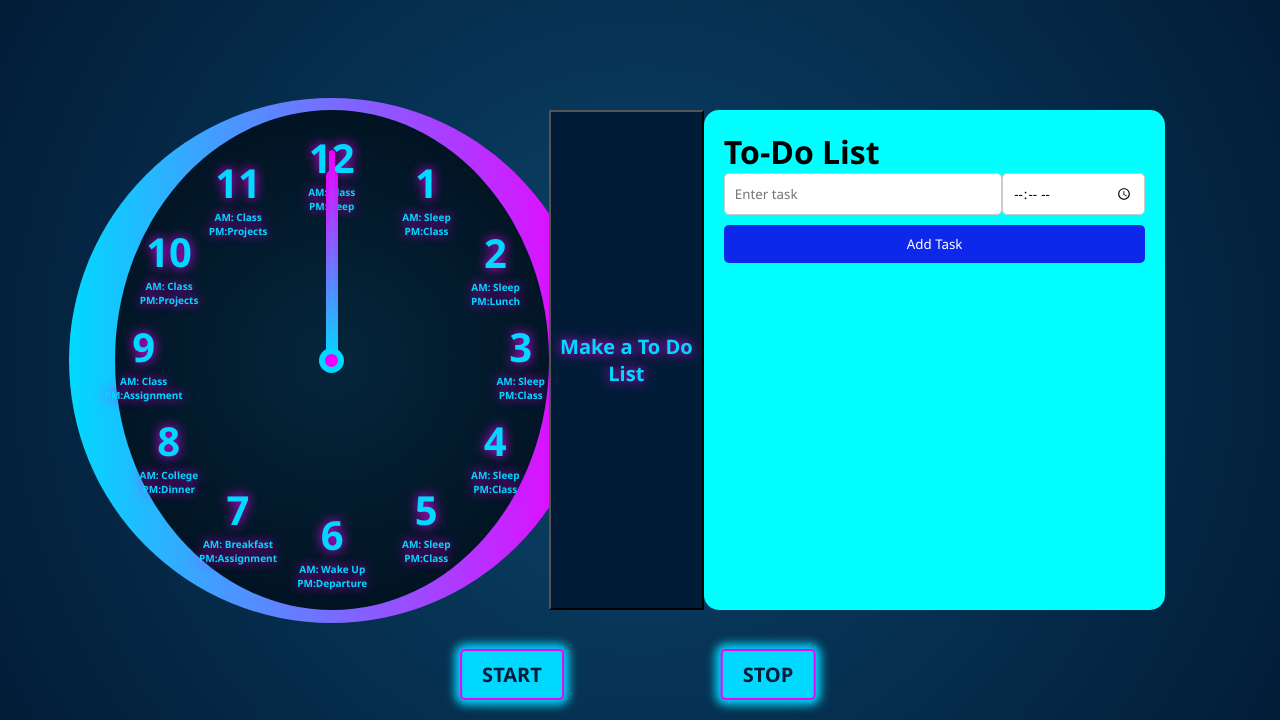
Repository: Suryansh-D/Cool-Clock
Page: index.html
These files come from the project's save history. The page is drawn as it stood at one moment and after the next save; the edit follows.
The browser window is 1280 px wide. The pictures show the whole page.

Above is the page before, as saved 2024-01-30 18:33:15.

After the next save:
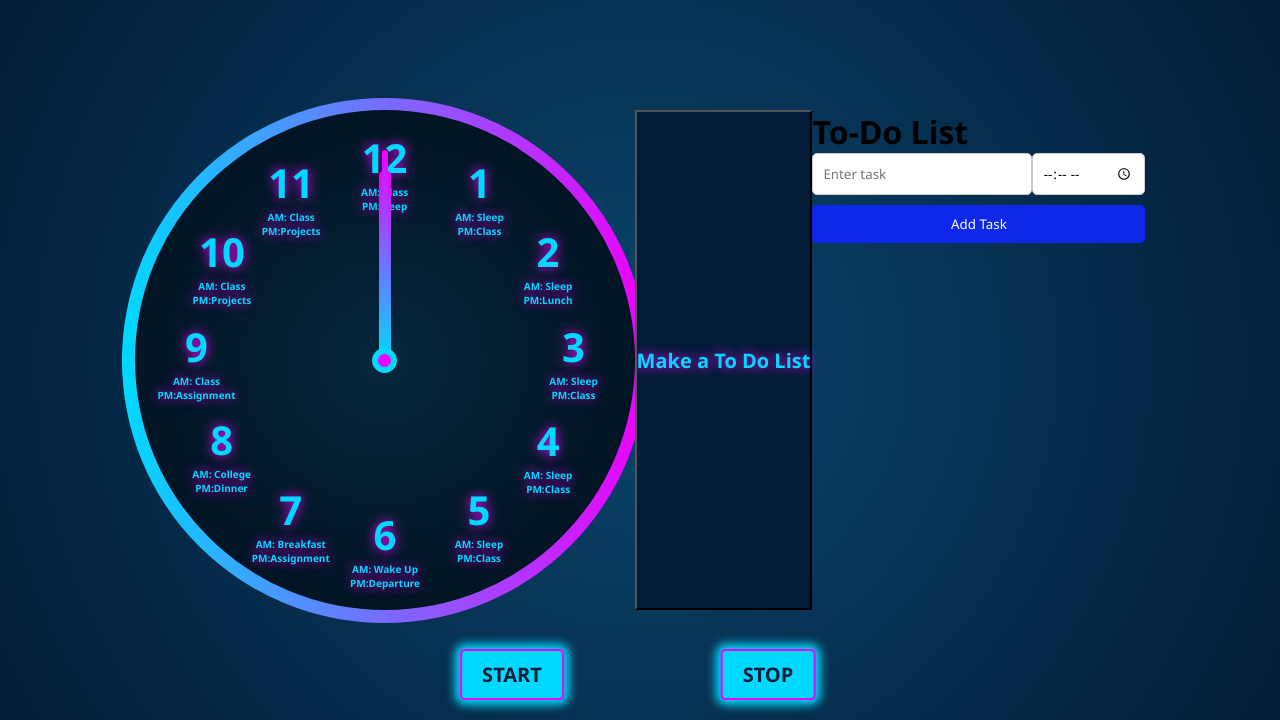
Saved 9 s later.
--- a/index.html
+++ b/index.html
@@ -27,7 +27,7 @@
     <button class="start-btn" id="start-btn"><b>START</b></button>
     <button class="stop-btn" id="stop-btn"><b>STOP</b></button>
     <button class="To-do" id="ToDobutton"><b>Make a To Do List</b></button>
-    <div class="container">
+    <div class="ToDoContainer">
         <h1>To-Do List</h1>
         <div class="entry">
         <input type="text" id="task-input" placeholder="Enter task" class="entertask">

After the save that followed:
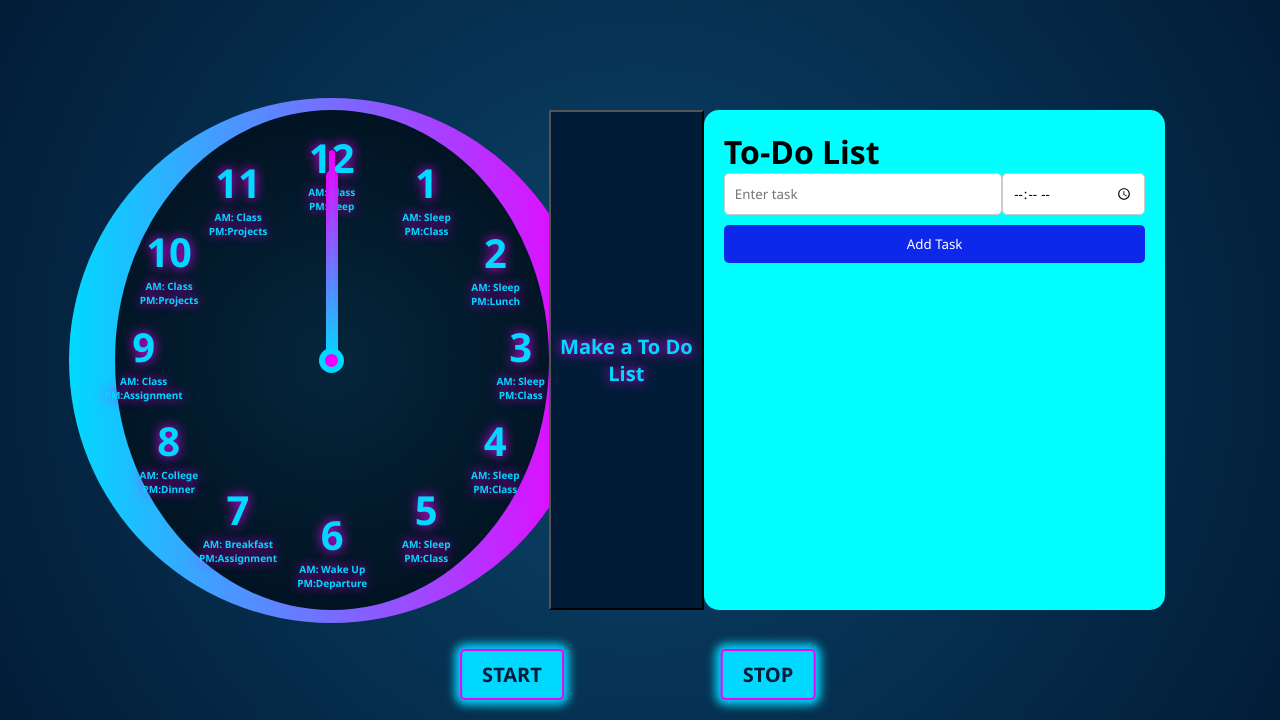
Saved 12 s later.
--- a/style.css
+++ b/style.css
@@ -150,7 +150,7 @@ body{
     border: none;
     cursor: pointer;
   }
-  .container {
+  .ToDoContainer {
     width: 50%;
     max-width: 600px;
     margin: 0 auto;
